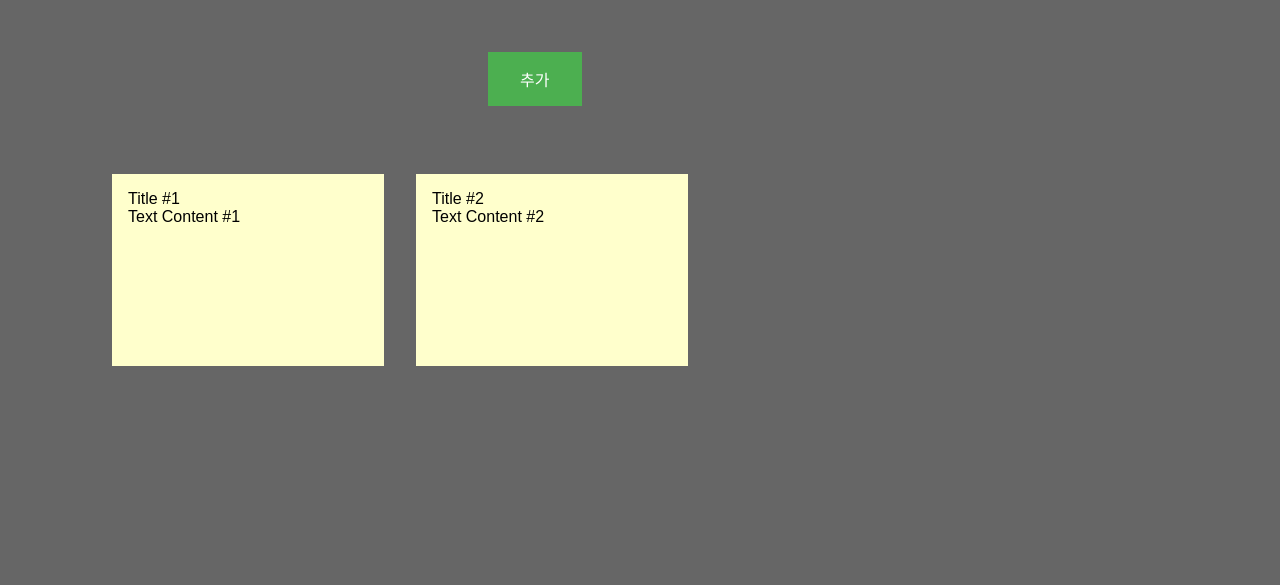
Repository: qudgns200/Toy_01_ToDoList
Page: http://localhost/ToDoList/jsp/mainForm.jsp
An editor plug-in stored every save of this project. The page is shown before and after the next save, followed by the edit.
The browser window is 1280 px wide. The pictures show the whole page.
The page is served by Tomcat 9. Nobody is signed in. The application's start-up code is not run.

Above is the page before, as saved 2019-11-05 07:48:07.

After the next save:
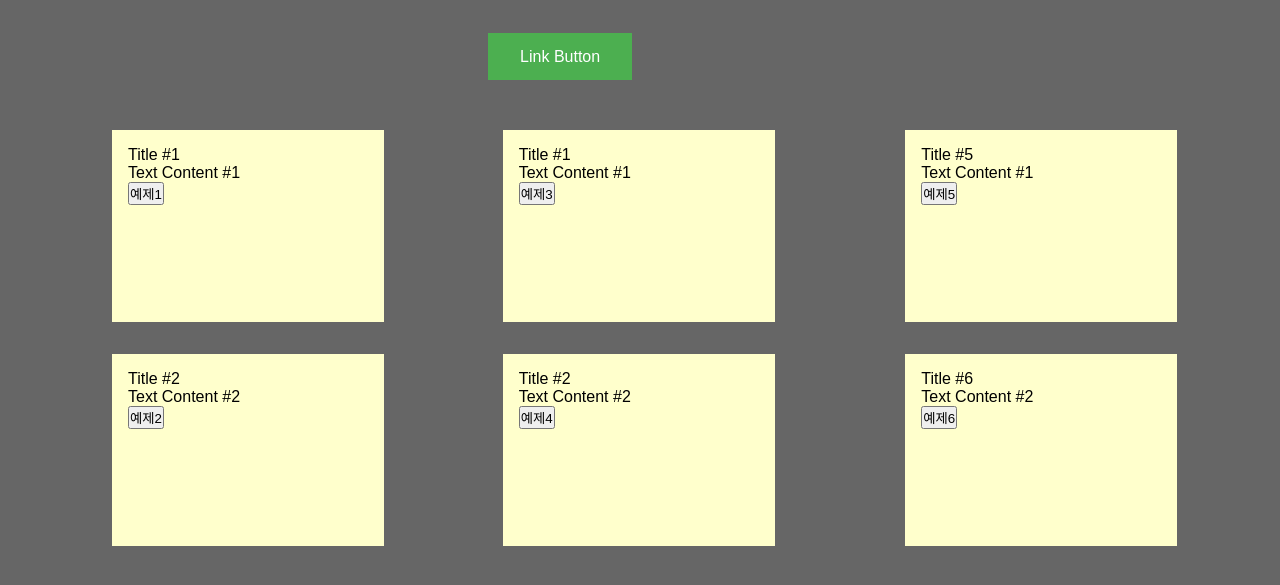
Saved 28 s later.
--- a/ToDoList/WebContent/jsp/mainForm.jsp
+++ b/ToDoList/WebContent/jsp/mainForm.jsp
@@ -9,24 +9,66 @@
 <link href="css/custom.css" rel="stylesheet"/>
 </head>
 <body>
+<header>
+      <a href="#" class="button" id="btnAdd">Link Button</a>
+    </header>
+    <section>
+      <div id="todo">
+        <ul>
+          <li>
+            <a href="#">
+              <h2>Title #1</h2>
+              <p>Text Content #1</p>
+              <button>예제1</button>
+            </a>
+          </li>
+          <li>
+            <a href="#">
+              <h2>Title #2</h2>
+              <p>Text Content #2</p>
+              <button>예제2</button>
+            </a>
+          </li>
+        </ul>
+      </div>
 
-	<div id="header">
-		<button id="btnAdd">추가</button>
-	</div>
+      <div id="doing">
+        <ul>
+          <li>
+            <a href="#">
+              <h2>Title #1</h2>
+              <p>Text Content #1</p>
+              <button>예제3</button>
+            </a>
+          </li>
+          <li>
+            <a href="#">
+              <h2>Title #2</h2>
+              <p>Text Content #2</p>
+              <button>예제4</button>
+            </a>
+          </li>
+        </ul>
+      </div>
 
-<ul>
-  <li>
-    <a href="#">
-      <h2>Title #1</h2>
-      <p>Text Content #1</p>
-    </a>
-  </li>
-  <li>
-    <a href="#">
-      <h2>Title #2</h2>
-      <p>Text Content #2</p>
-    </a>
-  </li>
-</ul>
+      <div id="done">
+        <ul>
+          <li>
+            <a href="#">
+              <h2>Title #5</h2>
+              <p>Text Content #1</p>
+              <button>예제5</button>
+            </a>
+          </li>
+          <li>
+            <a href="#">
+              <h2>Title #6</h2>
+              <p>Text Content #2</p>
+              <button>예제6</button>
+            </a>
+          </li>
+        </ul>
+      </div>
+    </section>
 </body>
 </html>
